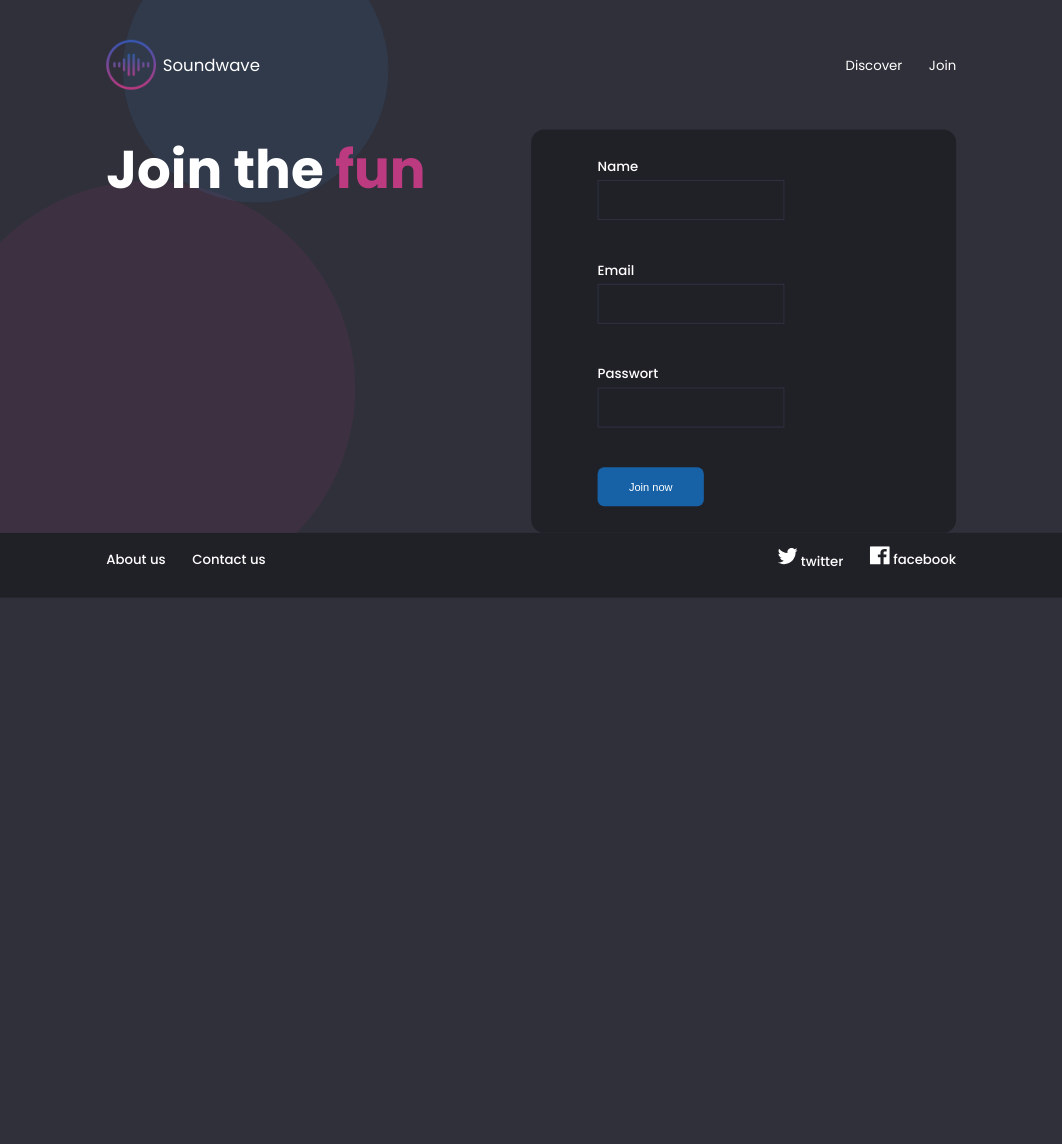
Repository: Hiiiij/soundwave
Page: pages/join.html
The author's editor kept a copy of each file at every save. The page is drawn from the files as they stood at one save, then again after the next save.
The browser window is 1280 px wide. The pictures show the whole page, at 83% of full size.

Above is the page before, as saved 2020-07-06 11:20:44.

### pages/join.html
<!DOCTYPE html>
<html lang="en">
  <head>
    <meta charset="UTF-8" />
    <meta name="viewport" content="width=device-width, initial-scale=1.0" />
    <link rel="stylesheet" href="../style.css" />
    <title>Soundwave</title>
  </head>

  <body class="main-container page-content">
    <header class="header container">
      <a href="/" class="logo">
        <img src="../assets/icons/logo.png" alt="logo-soundwave" />
        <span class="logotype">Soundwave</span>
      </a>
      <nav class="header-nav">
        <ul>
          <li>
            <a href="/pages/discover.html">Discover</a>
          </li>
          <li>
            <a href="/pages/join.html">Join</a>
          </li>
        </ul>
      </nav>
    </header>
    <section class="join container">
      <div class="left-section">
          <h1 class="title">Join the <span class="fun">fun</span> </h1>
      </div>
      <div class="right-section">
        <form>

             <label for="name">Name</label>
             <input type="text" name="name" id="name"/>


             <label for="email">Email</label>
             <input type="email" name="email" id="email" />


             <label for="password">Passwort</label>
             <input type="password" name="passwort" id="passwort" />

           <div class="btn-container">
          <button class="button-primary" type="submit">Join now</button>
          </div>

        </form>
        </div>
    </section>
     <span class="pink joy-1"></span>
      <span class="blue joy-2"></span>



    <footer class="footer-nav">
      <div class="main-container container">
        <nav class="footer">
          <ul class="footer-navigation">
            <li><a href="about.html">About us</a></li>
            <li><a href="contact.html">Contact us</a></li>
          </ul>
          <ul class="social-links">
            <li>
              <a href="#" class="link">
                <svg
                  width="24"
                  height="24"
                  viewBox="0 0 24 24"
                  fill="none"
                  xmlns="http://www.w3.org/2000/svg"
                >
                  <g clip-path="url(#clip0)">
                    <path
                      d="M24 4.55705C23.117 4.94905 22.168 5.21305 21.172 5.33205C22.189 4.72305 22.97 3.75805 23.337 2.60805C22.386 3.17205 21.332 3.58205 20.21 3.80305C19.313 2.84605 18.032 2.24805 16.616 2.24805C13.437 2.24805 11.101 5.21405 11.819 8.29305C7.728 8.08805 4.1 6.12805 1.671 3.14905C0.381 5.36205 1.002 8.25705 3.194 9.72305C2.388 9.69705 1.628 9.47605 0.965 9.10705C0.911 11.388 2.546 13.522 4.914 13.997C4.221 14.185 3.462 14.229 2.69 14.081C3.316 16.037 5.134 17.46 7.29 17.5C5.22 19.123 2.612 19.848 0 19.54C2.179 20.937 4.768 21.752 7.548 21.752C16.69 21.752 21.855 14.031 21.543 7.10605C22.505 6.41105 23.34 5.54405 24 4.55705Z"
                      class="social-links"
                    />
                  </g>
                  <defs>
                    <clipPath id="clip0">
                      <rect width="24" height="24" class="social-icons" />
                    </clipPath>
                  </defs>
                </svg>
                twitter
              </a>
            </li>
            <li>
              <a href="#" class="link">
                <svg
                  width="24"
                  height="22"
                  viewBox="0 0 24 22"
                  fill="none"
                  xmlns="http://www.w3.org/2000/svg">

                  <g clip-path="url(#clip0)">
                    <path
                      class="social-links"
                      d="M22.675 0H1.325C0.593 0 0 0.543583 0 1.21458V20.7863C0 21.4564 0.593 22 1.325 22H12.82V13.4805H9.692V10.1603H12.82V7.71192C12.82 4.87025 14.713 3.32292 17.479 3.32292C18.804 3.32292 19.942 3.41367 20.274 3.454V6.424L18.356 6.42492C16.852 6.42492 16.561 7.08033 16.561 8.041V10.1613H20.148L19.681 13.4814H16.561V22H22.677C23.407 22 24 21.4564 24 20.7854V1.21458C24 0.543583 23.407 0 22.675 0V0Z"
                    />
                  </g>
                  <defs>
                    <clipPath id="clip0">
                      <rect width="24" height="22" class="social-links" />
                    </clipPath>
                  </defs>
                </svg>
                facebook
              </a>
            </li>
          </ul>
        </nav>
      </div>
    </footer>
  </body>
</html>

### style.css
@import url("https://fonts.googleapis.com/css?family=Poppins:400,500,700");

*,
*::before,
*::after {
  box-sizing: border-box;
}

:root {
  /* colors  */
  --main-bg-color: #2f303a;
  --pink-circle: rgb(188, 58, 128);
  --blue-circle: #2f3446;
  --footer-bg: #202027;
  --primary-link-hover: #a07fe8;
  --button-primary: #1762a7;
  --button-hover: #3a90e1;
  --accent-text: #bc3a80;
  --primary-text: #ffffff;
  --link-hover: #ffb515;

  /* typography */
  --h4-font-size: 1rem;
  --h1-font-size: 3rem;
  --h2-font-size: 1.5rem;
   --extrabig-font-size:4rem;
  --logo-font-size: 1.25rem;
  --btn-text: 0.75rem;
  --font-bold: 500;
  --font-extra-bold:700;

  /* breakpoitns */
  --xs-breakpoint: 0px;
  --sm-breakpoint: 600px;
  --md-breakpoint: 960px;
  --lg-breakpoint: 1280px;
  --xl-breakpoint: 1920px;
}

/* General styles */
body {
  padding: 0;
  margin: 0;
  font-family: "Poppins", sans-serif;
  background-color: var(--main-bg-color);
  color: var(--primary-text);
  font-size: var(--h4-font-size);
  min-height: 100vh;
  overflow: hidden;
}

.page-content {
  display: flex;
  flex-direction: column;
  justify-content: space-between;
}
.main-container {
  height: 100vh;
  /* width:100vw; */
}

.container {
  width: 80vw;
  margin: 0 auto;
}

.header,
.footer {
  display: flex;
  justify-content: space-between;
  align-items: center;

}
.header {
  padding: 3rem 0;
}

.logo {
  display: flex;
  align-items: center;
  color: inherit;
  font-size: var(--h3-font-size);
  text-decoration: none;
}

.logotype {
  margin-left: 0.5rem;
  font-size: var(--logo-font-size);
}

.header-nav ul,
.footer-nav ul {
  display: flex;
  list-style: none;
  margin: 0;
  padding: 0;

}
.footer-navigation  li{
  text-align: center;
}

.header-nav > ul > li:not(:last-child) {
  margin-right: 2rem;
}

.header-nav a,
.footer-nav a {
  text-decoration: none;
  color: inherit;

}

.header-nav a:hover {
  color: var(--link-hover);
}


.title {
  font-weight: var(--font-bold);
  font-size: var(--h1-font-size);
  margin-bottom: 0;
  margin-top: 0;
}

.subt {
  font-weight: var(--font-bold);
  font-size: var(--h2-font-size);
  margin-top: 0.75rem;
  margin-bottom: 3rem;
}

.button-primary {
  border: 0;
  padding-top: 1rem;
  padding-bottom: 1rem;
  width: 8rem;
  display: inline-block;
  border-radius: 0.5rem;
  background-color: var(--button-primary);
  text-align: center;
  color: var(--primary-text);
  text-decoration: none;
}

.home {
  flex: 1;
}

.home,
.discover {
  display: flex;
}

.home .img-wrapper {
  display: flex;
  flex-grow: 1;
  flex-direction: column;
  align-items: stretch;
  justify-content: flex-end;
}

.img {
  background-image: url(./assets/images/landing-page-girl.png);
  background-repeat: no-repeat;
  flex-grow: 1;
  /* max-height:80vh;  */
  min-width: 40vw;
  min-height: 60vh;
  max-width: 515px;
  z-index: 2;
  background-size: 80%;
  background-position: 0 bottom;

  background-position: 0 bottom;
  align-items: center;
  justify-content: flex-end;
}

.home .heading {
  display: flex;
  flex-direction: column;
  align-items: flex-start;
  align-self: center;
}

@media (max-width: 900px) {
  .home .img-wrapper .img {
    display: none;
  }
  .home {
    justify-content: center;
    align-items: center;
  }

  .home .heading {
    align-items: center;
  }
  .discover{
    display: flex;
    flex-direction: column;
    align-items: center;
    justify-content: center;
  }
  .left-section
  .image-section .cover{
    display:flex;
    flex-direction: column;
    justify-content: center;
    max-width: 80%;
    margin-top:1.5rem;
  }

}

.blue,
.pink,
.half-blue {
  border-radius: 50%;
  opacity: 0.1;
  display: block;
  position: absolute;
  z-index: -1;
  height: 25vw;
  width: 25vw;
}

.blue {
  background-color: var(--button-hover);
  top: 20%;
  left: 35%;
}

.pink {
  background-color: var(--accent-text);
  top: 65%;
  left: 10%;
}

.half-blue {
  height: 40vw;
  width: 40vw;
  right: 0;
  bottom: 0;
  overflow: hidden;
  border-radius: 0;
}

.home .half-blue::before {
  content: "";
  position: absolute;
  bottom: 0;
  right: 0;
  width: 100%;
  height: 100%;
  border-radius: 50%;
  transform: translate(40%, 40%);
  background-color: var(--button-hover);
}

/* span.pink .joy-1{
width: 70vw;
height: 70vw;
transform: scale(3);
transform:translateX(-15%);
}
.blue .joy-2{
width: 70vw;
height: 70vw;
transform: scale(3);
transform:translateX(-15%);
} */
 span.pink.joy-1 {
    /* transform: scale(1.5); */
    width: 500px;
    height: 500px;
    transform: translate(-200px, -50%);
}
span.blue.joy-2 {
    transform: translate(-300px,-220px);
}
.footer-nav {
  padding: 1rem 0;
  background-color: var(--footer-bg);
  font-weight: var(--font-bold);
  max-height: 78px;
}

.footer > ul > li:not(:last-child) {
  margin-right: 2rem;
}

.footer .social-links {
  fill: var(--primary-text);
  /* align-items: center; */
}
.footer-navigation a:hover, .footer-navigation a:focus, .footer-navigation a:active  {
  color: var(--link-hover);
}

.social-links a:hover, .social-links a:focus, .social-links a:active {
  color: var(--button-hover);
}
.footer a:hover .social-links {
  fill: var(--button-hover);
}

/* section Discover*/

.discover {
  max-width: 80vw;
  margin: 0 auto;
}

.image-section {
  margin-left: 4rem;
  min-width: 200px;

}

.cover {
  width: 100%;
}

.icon {
  max-width: 2rem;

}

.icon-description {
  margin-top: 1rem;
  margin-bottom: 0;
  min-width: 75px;
  text-align: center;
}

.icons-grid {
  display: flex;
  flex-direction: row;
  margin-top: 3rem;
  margin-bottom: 3rem;

}

.icon-grid-item {
  background-color: var(--footer-bg);
  display: flex;
  flex-direction: column;
  justify-content: center;
  align-items: center;
  padding: 1rem;
  border-radius: 0.5rem;
}

.icon-grid-item:not(:last-child) {
  margin-right: 2rem;
}
.subt {
  margin-top: 3rem;
}


/*section join*/
.join {
  display:flex;
  justify-content: space-between;
  /* align-items: center; */
}
.join left-section{
  flex-grow: 1;
}

.join .title{
 font-weight: var(--font-extra-bold);
 font-size:var(--extrabig-font-size);

}
.left-section .fun{
  color: var(--accent-text);
  font-weight: var(--font-extra-bold);
}

.right-section{
  display:flex;
  flex-grow: 1;
   align-items: center;
   background-color: var(--footer-bg);
   padding: 2rem;
   border-radius: 1rem;
   width:50vw;
  max-width: 50%;
  min-width: 40%;
}

form{
  display: flex;
  flex-direction: column;
  /* justify-content: flex-end; */
  /* align-items: center; */



  margin-left: 3rem;
  border-radius: 1rem;

}

label{
  margin-bottom: .25rem;
  font-weight: var(--font-bold);
}
input{
margin-bottom: 3rem;
height: 3rem;
background: none;
outline: none;
border:1px solid var(--blue-circle);
font-size: var(--primary-text);
padding:.5rem ;
color:inherit;
}

input:focus{
  border-color: var(--accent-text)
}

After the next save:
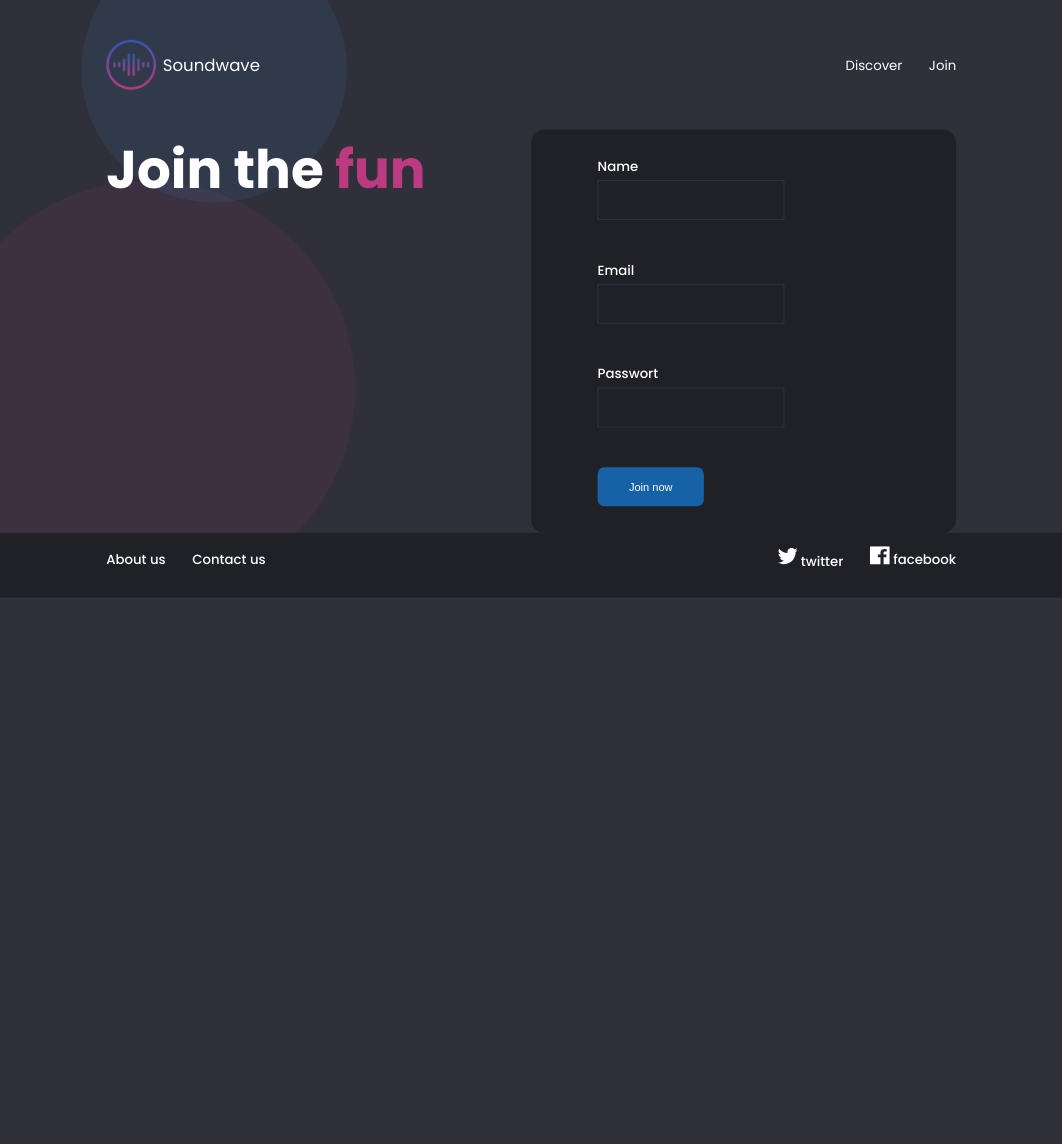
Saved 9 s later.
--- a/style.css
+++ b/style.css
@@ -277,7 +277,7 @@ transform:translateX(-15%);
     transform: translate(-200px, -50%);
 }
 span.blue.joy-2 {
-    transform: translate(-300px,-220px);
+    transform: translate(-350px,-220px);
 }
 .footer-nav {
   padding: 1rem 0;
